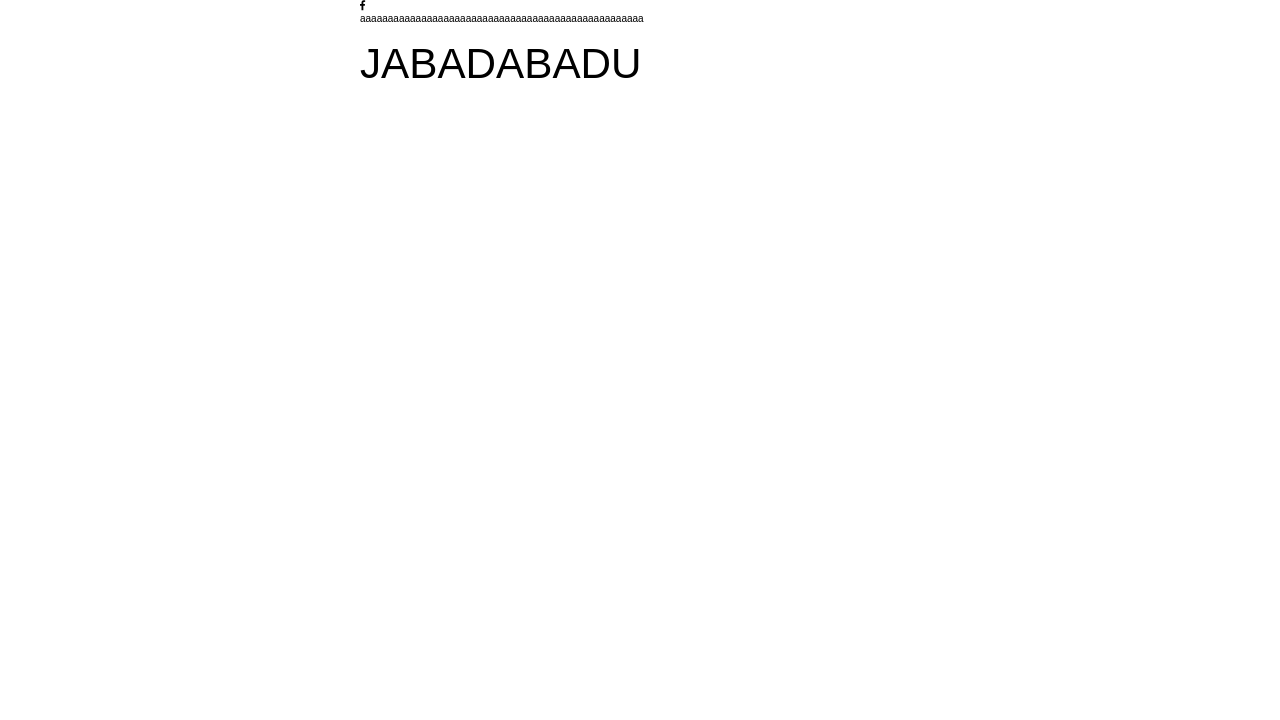
Repository: Maxs777/wizytowka
Page: index.html
The author's editor kept a copy of each file at every save. The page is drawn from the files as they stood at one save, then again after the next save.
The browser window is 1280 px wide. The pictures show the whole page.

Above is the page before, as saved 2019-03-06 20:45:09.

After the next save:
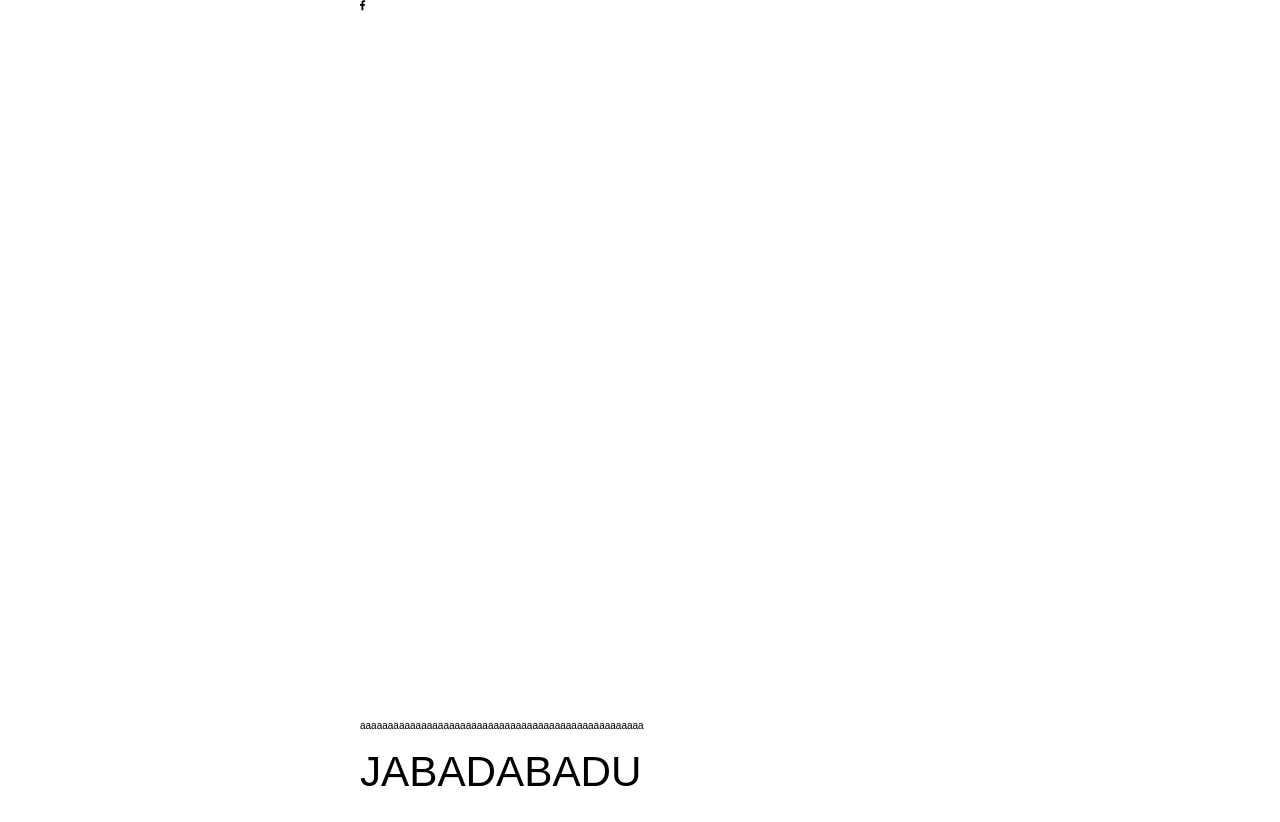
Saved 5 s later.
--- a/_css/style.css
+++ b/_css/style.css
@@ -28,5 +28,6 @@
 }
 
 header{
-    height: 100
+    height: 100vh;
+    wid
 }
